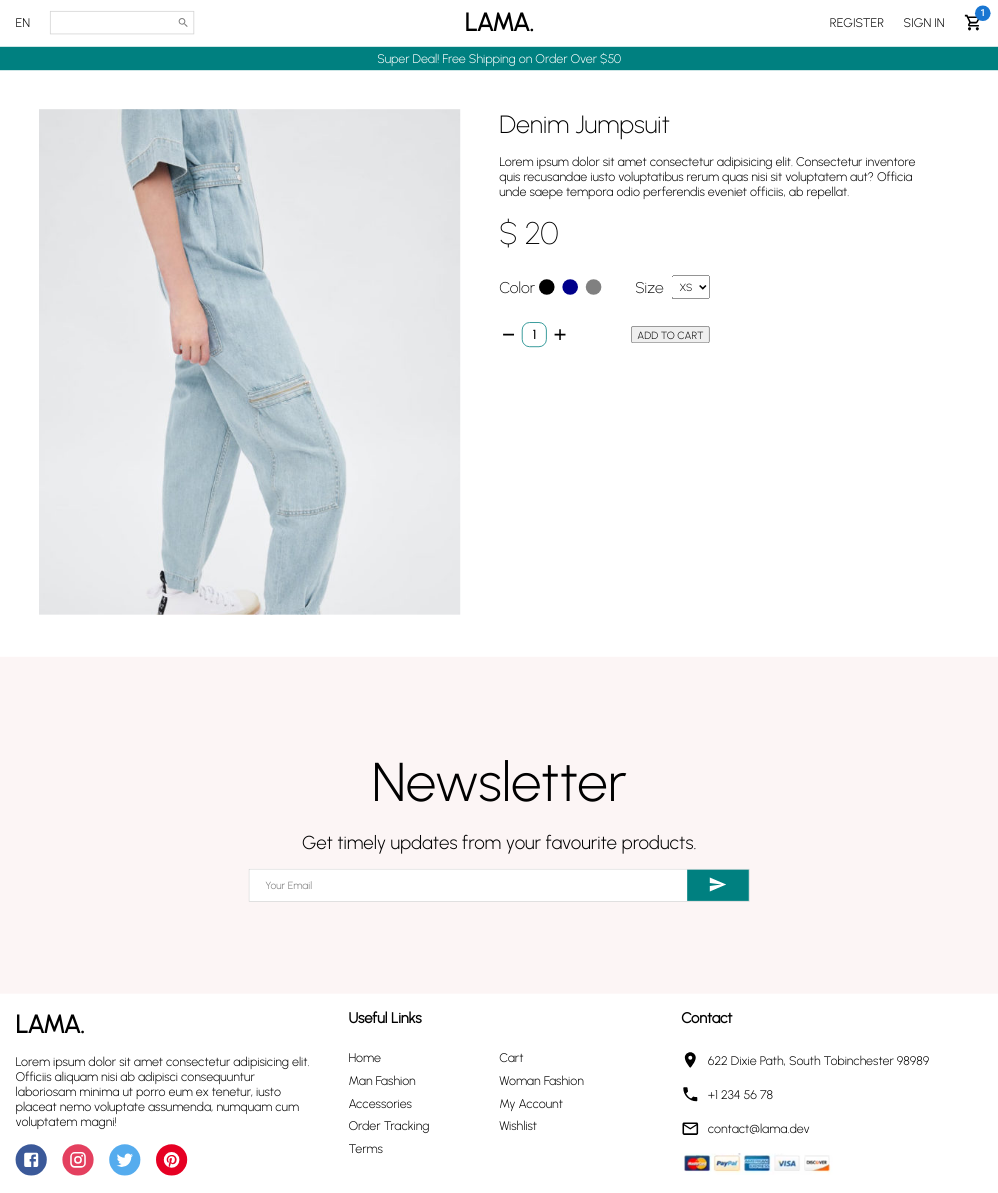
Repository: kmvaghela/ECOMMERCE
Page: /
An editor plug-in stored every save of this project. The page is shown before and after the next save, followed by the edit.
The browser window is 1280 px wide. The pictures show the whole page, at 78% of full size.
The project was rebuilt for these pictures with package versions that can differ from the ones it lists, and the page was loaded fresh each time. Also part of the build but not shown: src/data.js, src/components/CategoryItem.jsx, src/components/Categories.jsx, src/components/Product.jsx, src/components/Products.jsx, src/components/Slider.jsx, src/pages/Home.jsx, src/pages/ProductList.jsx.

Above is the page before, as saved 2022-02-23 22:52:36.

After the next save:
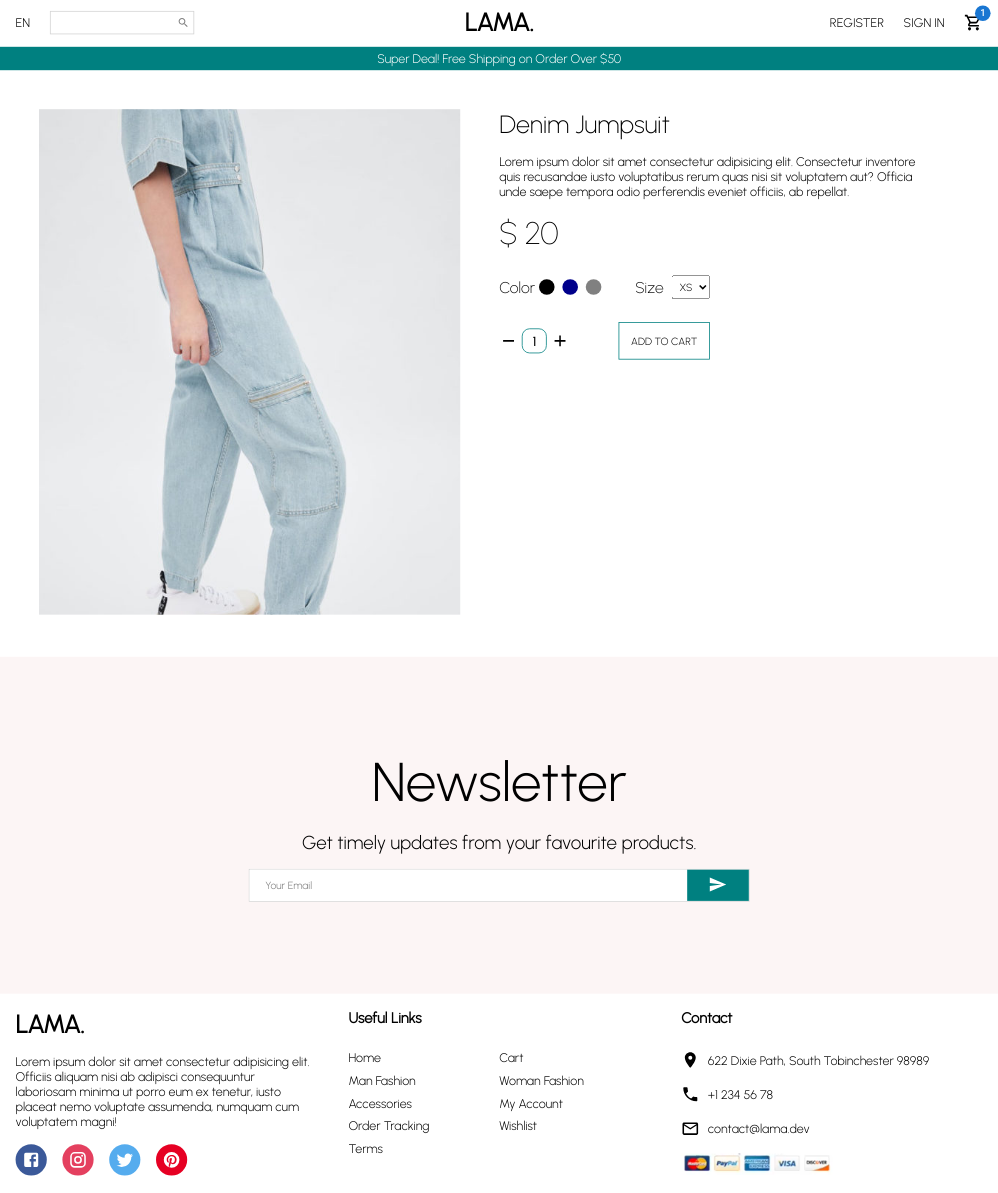
Saved 92 s later.
--- a/src/pages/Product.jsx
+++ b/src/pages/Product.jsx
@@ -98,7 +98,11 @@
   margin: 0px 5px;
 `;
 
-const Button = styled.button``;
+const Button = styled.button`
+  padding: 15px;
+  border: 1px solid teal;
+  background-color: white;
+`;
 
 const Product = () => {
   return (
